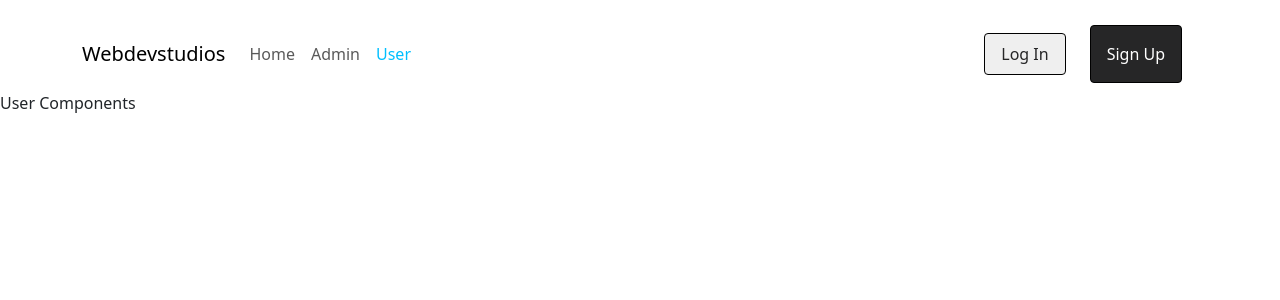
Repository: nnbxxx/React-Untimate
Page: /users
These files come from the project's save history. The page is drawn as it stood at one moment and after the next save; the edit follows.
The browser window is 1280 px wide. The pictures show the whole page.
The project was rebuilt for these pictures with package versions that can differ from the ones it lists, and the page was loaded fresh each time. Also part of the build but not shown: src/components/Admin/SideBar.scss, src/components/Admin/SideBar.js, src/components/Admin/Admin.scss, src/components/Admin/Admin.js, src/components/Home/HomePage.js, src/utils/axiosCustumize.js, src/services/apiService.js, src/components/Admin/Content/ManageUser.scss and 9 more. Imported but missing from the stored project, and not drawn on this page: src/assets/video-homepage.webm.

Above is the page before, as saved 2023-04-12 20:20:27.

After the next save:
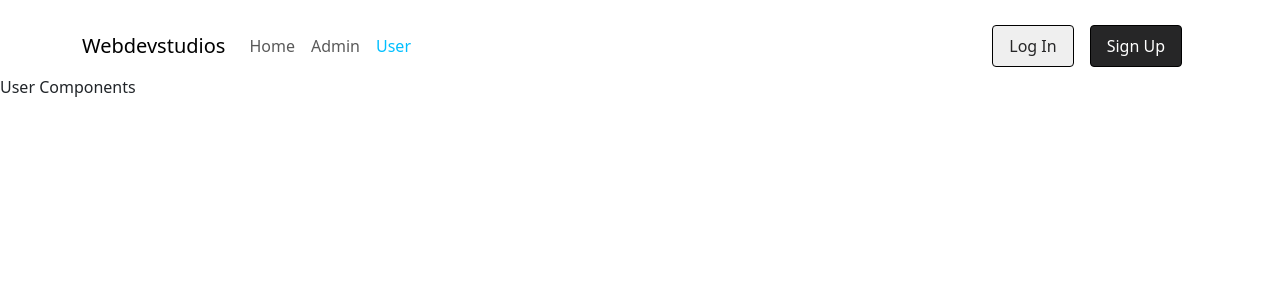
Saved 10 s later.
--- a/src/components/Header/header.js
+++ b/src/components/Header/header.js
@@ -24,9 +24,9 @@ const Header = () => {
             </NavLink>
           </Nav>
           <Nav>
-            <NavLink to='./login' className='nav-link'>
-              <button className='btn-login'>Log In</button>
-            </NavLink>
+            {/* <NavLink to='./login' className='nav-link'>
+            </NavLink> */}
+            <button className='btn-login'>Log In</button>
             <button className='btn-signup'>Sign Up</button>
             {/* <NavDropdown title='Setting' id='basic-nav-dropdown'>
               <NavDropdown.Item>Log in</NavDropdown.Item>
